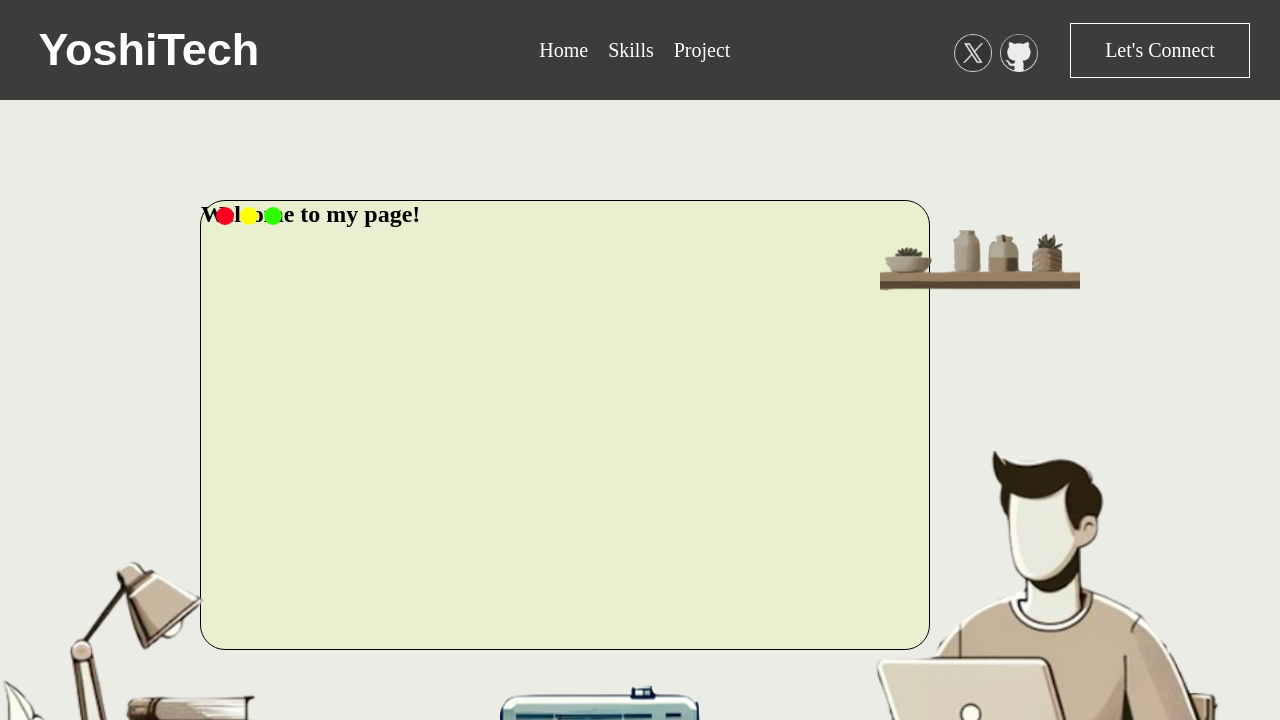
Repository: Yoshiki0418/My_Portfolio
Page: index.html
These files come from the project's save history. The page is drawn as it stood at one moment and after the next save; the edit follows.
The browser window is 1280 px wide. The pictures show the window.
A layer covers the whole window, so only the first screen is drawn.

Above is the page before, as saved 2024-01-06 13:47:20.

### index.html
<!DOCTYPE html>
<html lang="ja">
<head>
    <meta charset="UTF-8">
    <meta name="viewport" content="width=device-width, initial-scale=1.0">
    <title>Document</title>
    <link rel="stylesheet" type="text/css" href="style.css">
</head>
<body>
    <header>
        <h1 class="Logo">YoshiTech</h1>
        <div class="page_changer">
            <a class="changer_font">Home</a>
            <a class="changer_font">Skills</a>
            <a class="changer_font">Project</a>
        </div>
        <div class="sns_container">
            <a><img src="static/image/X.png" class="sns_pic"></a>
            <a><img src="static/image/GitHub.png" class="sns_pic"></a>
        </div>
        <div class="connect_container">
            <a class="connect_font">Let's Connect</a>
        </div>
    </header>
    <main>
        <section class="hero_section">
            <div class="monitor_container">
                <div class="circle_container">
                    <div class="circle1"></div>
                    <div class="circle2"></div>
                    <div class="circle3"></div>
                </div>
                <h2 id="typed-text"></h2>
            </div>
            <img class="background2" src="static/image/4.png">
            <img class="background_sub" src="static/image/2.png">
            <img class="background" src="static/image/1.png">
        </section>
        <section class="project_section">
            <h1 class="topic_title">Project</h1>
            <p class="project_description">
                Here is a showcase of my past works, featuring a variety of projects across different platforms such as Web, iOS, and Android. Each project is a testament to my commitment to quality and innovation in software development. Scroll to explore the projects and learn more about the technologies and design principles that were applied.
            </p>
            <div class="select_topic">
                <div id="web" class="select_block"><h2>Web</h2></div>
                <div id="ios" class="select_block"><h2>iOS</h2></div>
                <div id="andoroid" class="select_block"><h2>Andoroid</h2></div>
            </div>
            <div class="projects_show_space">
                <img class="project_image" src="static/image/project1.png">
                <img class="project_image" src="static/image/project2.png">
            </div>
        </section>
    </main>
    <script>
        document.addEventListener('DOMContentLoaded', (event) => {
            const text = "Welcome to my page!";
            const typingElement = document.getElementById('typed-text');
            let index = 0;

            function typeCharacter() {
                if (index < text.length) {
                    typingElement.textContent += text.charAt(index);
                    index++;
                    setTimeout(typeCharacter, 150); // Delay between each character
                }
            }

            typeCharacter(); // Start typing effect
        });
    </script>
</body>
</html>

### style.css
*{
    margin: 0;
    padding: 0;
    box-sizing: border-box;
}

header {
	display: flex;
	align-items: center;
    width: 100%;
    height: 100px;
	background-color: #3E3B3B;
    position: fixed;
    z-index: 10;
}

.Logo{
    margin-left: 3%;
    color: white;
    font-family: 'Comic Sans MS', 'Arial Rounded MT Bold', sans-serif;
    font-size: 45px;
}

.page_changer{
    display: flex;
	align-items: center;
    padding: 20px;
    margin-left: 250px;
    margin-right: 250px;
}

.changer_font{
    color: white;
    margin: 10px;
    font-size: 20px;
}

.connect_font{
    color: white;
    font-size: 20px;
}

.connect_container{
    position: absolute;
    right: 30px;
    width: 180px;
    height: 55px;
    border: 1px solid white;
    display: flex;
    align-items: center;
    justify-content: center;
}

.sns_pic{
    width: 38px;
    height: auto;
    margin: 2px;
}

.sns_container{
    margin-top: 10px;
    position: absolute;
    right: 240px;
}

.hero_section{
    top: 100px;
    background-color: #ECECE7;
    width: 100%;
    height: 700px;
    position: fixed;
    z-index: 2;
}

.monitor_container{
    background-color: #E9EFCF;
    width: 730px;
    height: 450px;
    margin-left: 200px;
    border: 1px solid rgb(0, 0, 0);
    position: absolute;
    top: 100px;
    border-radius: 25px;
    display: flex;
    flex-wrap: wrap;
}

.circle_container{
	display: flex;
	flex-wrap: wrap;
    position: absolute;
    top: 6px;
    left: 15px;
}

.background{
    position: absolute;
    bottom: 0px;
    width: 100%;
    height: auto;
}

.background_sub{
    position: absolute;
    bottom: 30px;
    left: 500px;
    width: 200px;
    height: auto;
}

.background2{
    position: absolute;
    top: 130px;
    right: 200px;
    width: 200px;
    height: auto;
}

.circle1 {
    width: 18px;
    height: 18px;
    border-radius: 50%;
    background-color: rgb(255, 0, 34);
    margin-right: 6px;
}

.circle2 {
    width: 18px;
    height: 18px;
    border-radius: 50%;
    background-color: rgb(255, 255, 0);
    margin-right: 6px;
}

.circle3 {
    width: 18px;
    height: 18px;
    border-radius: 50%;
    background-color: rgb(47, 255, 0);
}

.project_section{
    background-color: #F9F9F9;
    width: 100%;
    top: 800px;
    height: 700px;
    position: relative;
    z-index: 3;
    display: flex;
    flex-wrap: wrap;
    justify-content: center;
}

.topic_title{
    position: absolute;
    font-size: 30px;
    margin-top: 30px;
    text-align: center;
}

.project_description {
    font-size: 16px; /* Adjust the font size as needed */
    color: #333; /* Adjust the font color as needed */
    max-width: 920px; /* Adjust the width as needed */
    position: absolute;
    top: 100px;
    text-align: center;
}

.select_topic{
    display: flex;
    flex-wrap: wrap;
    position: absolute;
    top: 200px;
}

.select_block{
    background-color: #3E3B3B;
    width: 280px;
    height: 70px;
    border: 1px solid white;
    display: flex;
    flex-wrap: wrap;
    justify-content: center;
    align-items: center;
}

#web{
    border-radius: 40px 0px 0px 40px;
}

#andoroid{
    border-radius: 0px 40px 40px 0px;
}

.select_block h2{
    color: #F9F9F9;
}

.projects_show_space{
    display: flex;
    flex-wrap: wrap;
    justify-content: space-between;
    position: absolute;
    top: 300px;
}

.project_image{
    width: 45%;
    height: auto;
    border: 1px solid rgba(52, 52, 52, 0.381);
    border-radius: 30px;
}

#typed-text:after {
    content: '|';
    animation: blink 1s step-end infinite;
}

@keyframes blink {
    from, to { color: transparent }
    50% { color: black }
}

After the next save:
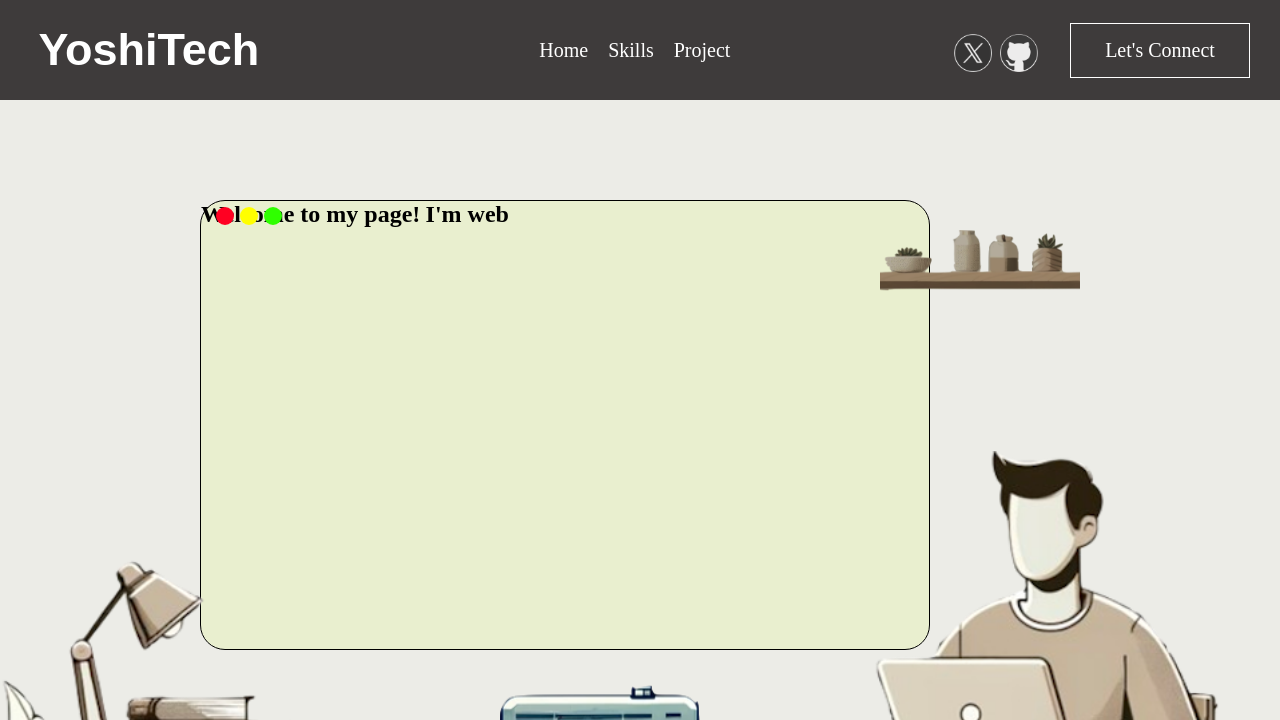
Saved 5 min 55 s later.
--- a/index.html
+++ b/index.html
@@ -31,6 +31,7 @@
                     <div class="circle3"></div>
                 </div>
                 <h2 id="typed-text"></h2>
+                <h2 id="typed-text">I'm web </h2>
             </div>
             <img class="background2" src="static/image/4.png">
             <img class="background_sub" src="static/image/2.png">
